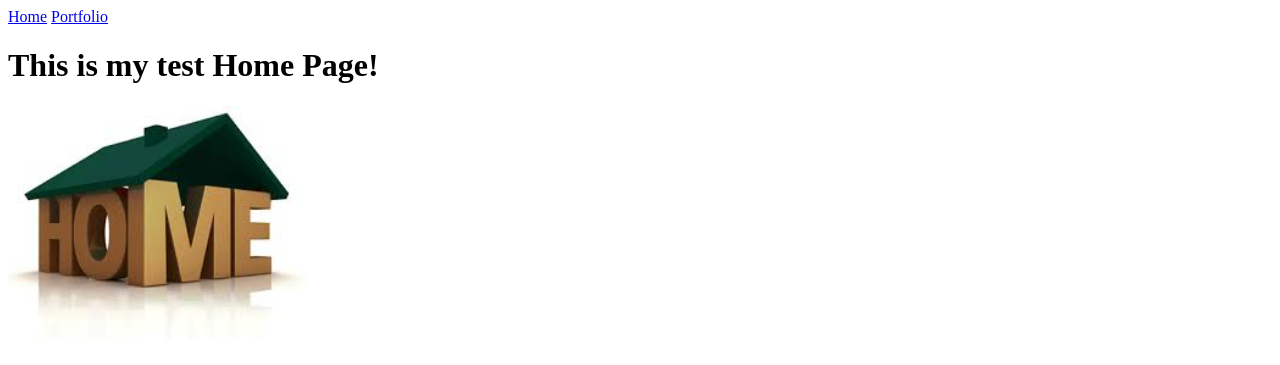
Repository: Eguevara1870/eguevara1870.github.io
Page: my_website/index.html
The author's editor kept a record of every edit. The page is drawn from the files as they stood at one moment, then again after the next edit.
The browser window is 1280 px wide. The pictures show the whole page.

Above is the page before.

### my_website/index.html
<!doctype html>
<html lang="en">
  <head>
    <meta charset="utf-8">
    <title>Home</title>
  </head>
  <body>
    <a href="index.html">Home</a>
    <a href="portfolio.html">Portfolio</a>
    <h1>This is my test Home Page!</h1>
    <img src="images/home.jpg" height="250">
  </body>
</html>

After the next edit:
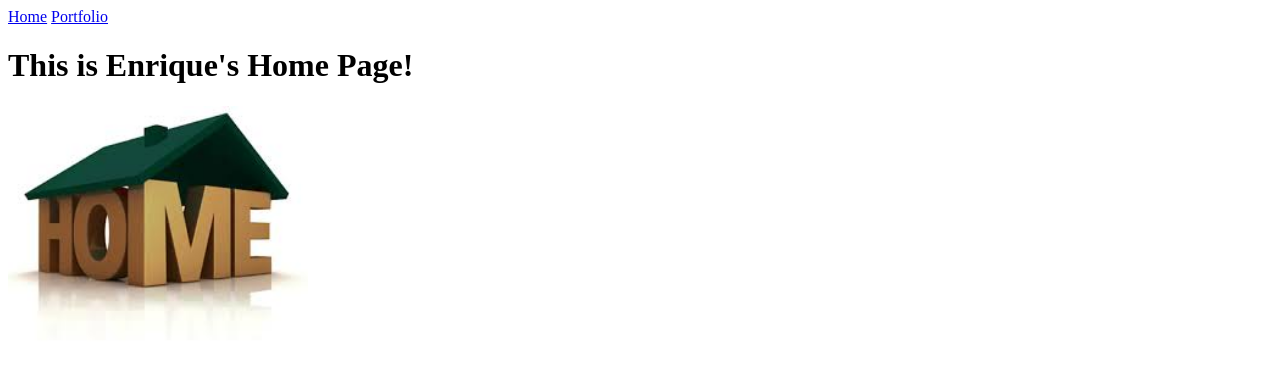
The edit:
--- a/my_website/index.html
+++ b/my_website/index.html
@@ -7,7 +7,7 @@
   <body>
     <a href="index.html">Home</a>
     <a href="portfolio.html">Portfolio</a>
-    <h1>This is my test Home Page!</h1>
+    <h1>This is Enrique's Home Page!</h1>
     <img src="images/home.jpg" height="250">
   </body>
 </html>
